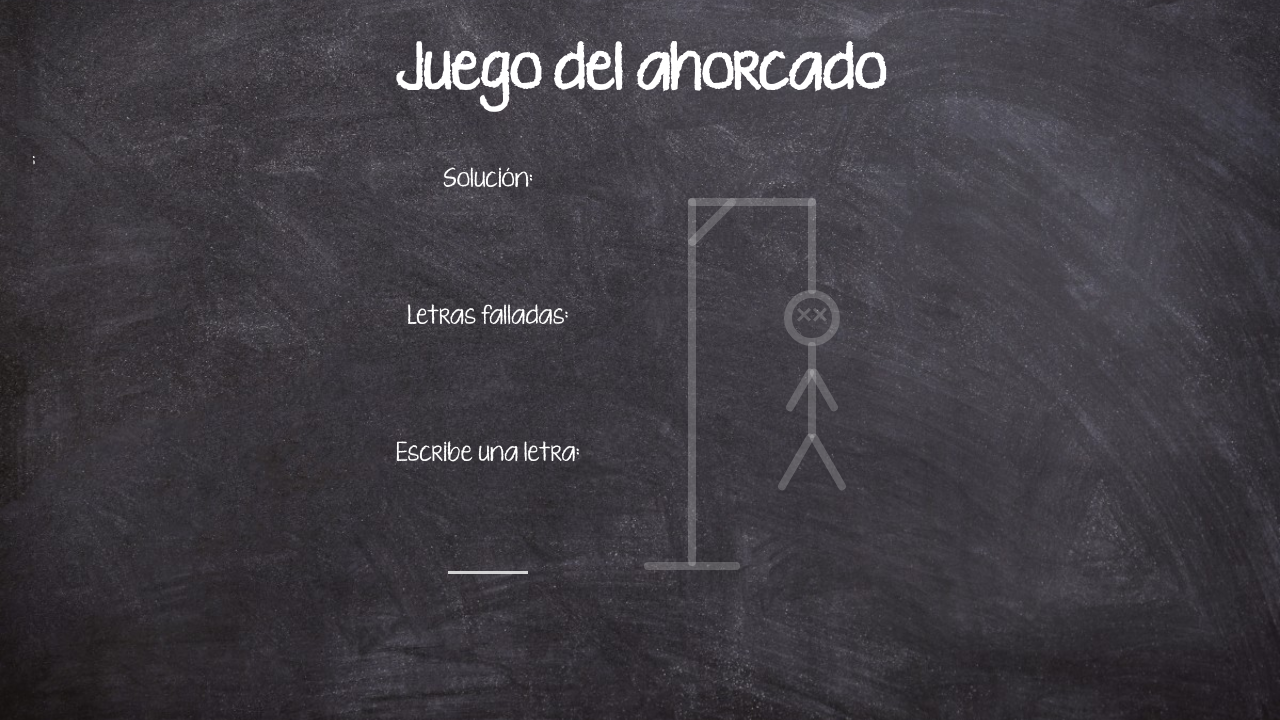
Repository: Adalab/promo-S-module-3-pair-16-sprint-2-hangman-game
Page: /
An editor plug-in stored every save of this project. The page is shown before and after the next save, followed by the edit.
The browser window is 1280 px wide. The pictures show the whole page.
The page's requests for data from a server got no answer. The project was rebuilt for these pictures with package versions that can differ from the ones it lists, and the page was loaded fresh each time. No one was signed in, and anything a server would have sent is missing.

Above is the page before, as saved 2023-03-15 11:06:33.

### public/index.html
<!DOCTYPE html>
<html lang="es">
  <head>
    <meta charset="utf-8" />
    <link rel="icon" href="%PUBLIC_URL%/favicon.ico" />
    <meta name="viewport" content="width=device-width, initial-scale=1" />
    <title>Juego del ahorcado</title>
  </head>
  <body>
    <noscript>You need to enable JavaScript to run this app.</noscript>
    <div id="root"></div>
  </body>
</html>

### src/index.js
import React from 'react';
import ReactDOM from 'react-dom/client';
import App from './components/App';

const root = ReactDOM.createRoot(document.getElementById('root'));
root.render(
  <App />
);

### src/components/App.js
import { useEffect, useState } from "react";

// api
import getWordFromApi from "../services/api";
// styles
import "../styles/App.scss";
import "../styles/Dummy.scss";

import "../styles/Form.scss";
import "../styles/Header.scss";
import Header from "./Header.js";
import Dummy from "./Dummy.js";
import SolutionLetters from "./SolutionLetters.js";
import ErrorLetters from "./ErrorLetters";

function App() {
  const [word, setWord] = useState("");
  const [userLetters, setUserLetters] = useState([]);
  const [lastLetter, setLastLetter] = useState("");

  useEffect(() => {
    getWordFromApi().then((word) => {
      setWord(word);
    });
  }, []);

  // events

  const handleKeyDown = (ev) => {
    // Sabrías decir para qué es esta línea
    ev.target.setSelectionRange(0, 1);
  };

  const handleChange = (ev) => {
    let re = /^[a-zA-ZñÑá-úÁ-Ú´]$/; //add regular pattern
    if (re.test(ev.target.value) || ev.target.value === "") {
      handleLastLetter(ev.target.value);
    }
  };

  const handleSubmit = (ev) => {
    ev.preventDefault();
  };

  const getNumberOfErrors = () => {
    const errorLetters = userLetters.filter(
      (letter) => word.includes(letter) === false
    );
    return errorLetters.length;
  };





  const handleLastLetter = (value) => {
    value = value.toLocaleLowerCase();
    setLastLetter(value);

    if (!userLetters.includes(value)) {
      userLetters.push(value);
      setUserLetters([...userLetters]);
    }
  };

  const number = getNumberOfErrors();

  return (
    <div className="page">
      <Header />
      <main className="main">
        <section>
          <SolutionLetters word={word} userLetters={userLetters}/>
         <ErrorLetters word={word} userLetters={userLetters}/>
          <form className="form" onSubmit={handleSubmit}>
            <label className="title" htmlFor="last-letter">
              Escribe una letra:
            </label>
            <input
              autoFocus
              autoComplete="off"
              className="form__input"
              maxLength="1"
              type="text"
              name="last-letter"
              id="last-letter"
              value={lastLetter}
              onKeyDown={handleKeyDown}
              onChange={handleChange}
            />
          </form>
        </section>
        <Dummy numberOfErrors={getNumberOfErrors()} />
      </main>
    </div>
  );
}

export default App;

### src/services/api.js
const getWordFromApi = () => {
  return fetch('https://dev.adalab.es/api/random/word')
    .then((response) => response.json())
    .then((response) => {
      return response.word;
    });
};

export default getWordFromApi;

### src/styles/App.scss
// RESET

@font-face {
  font-family: 'KgTenThousandReasons';
  src: url('./KgTenThousandReasons-R1ll.ttf') format('truetype');
}

* {
  font-family: 'KgTenThousandReasons', sans-serif;
  margin: 0;
  padding: 0;
  box-sizing: border-box;
  font-weight: normal;
  color: white;
}

// COMMON STYLES

.title {
  display: block;
  font-size: 1.25rem;
  line-height: 1;
  text-align: center;
}

// PAGE

.page {
  padding: 2rem;
  width: 100%;
  min-height: 100vh;
  background-image: url('../images/blackboard.jpg');
  background-size: cover;
  background-position: center center;
}

// MAIN

.main {
  display: flex;
  justify-content: center;
}

### src/styles/Dummy.scss
$dummyEnabledColor: white;
$dummyDisabledColor: rgba(255, 255, 255, 0.2);
$dummyTransitionTime: 1s;

.dummy {
  margin-left: 4rem;
  position: relative;
  min-width: 15rem;
  height: 25rem;

  .line {
    position: absolute;
    display: block;
    height: 0.5rem;
    background-color: $dummyDisabledColor;
    border-radius: 0.25rem;
    transition: background-color $dummyTransitionTime ease;
  }

  .head {
    position: absolute;
    display: block;
    width: 3.5rem;
    height: 3.5rem;
    border: 0.5rem solid $dummyDisabledColor;
    border-radius: 50%;
    transition: border $dummyTransitionTime ease;
  }

  .eye {
    position: absolute;
    font-size: 1.75rem;
    font-weight: bold;
    color: $dummyDisabledColor;
    transition: color $dummyTransitionTime ease;
    &::before {
      content: "×";
    }
  }

  .error-1 {
    width: 6rem;
    left: 0;
    bottom: 0;
  }

  .error-2 {
    transform: rotate(90deg);
    width: 23rem;
    top: 13rem;
    left: -8.5rem;
  }

  .error-3 {
    width: 8rem;
    top: 1.75rem;
    left: 2.75rem;
  }

  .error-4 {
    transform: rotate(135deg);
    width: 4rem;
    top: 3rem;
    left: 2.25rem;
  }

  .error-5 {
    transform: rotate(90deg);
    width: 6rem;
    top: 4.5rem;
    left: 7.5rem;
  }

  .error-6 {
    top: 7.5rem;
    left: 8.75rem;
  }

  .error-7 {
    transform: rotate(90deg);
    width: 6rem;
    top: 13.5rem;
    left: 7.5rem;
  }

  .error-8 {
    transform: rotate(60deg);
    width: 3rem;
    top: 13.5rem;
    left: 9.75rem;
  }

  .error-9 {
    transform: rotate(120deg);
    width: 3rem;
    top: 13.5rem;
    left: 8.25rem;
  }

  .error-10 {
    transform: rotate(60deg);
    width: 4rem;
    top: 18rem;
    left: 9.5rem;
  }

  .error-11 {
    transform: rotate(120deg);
    width: 4rem;
    top: 18rem;
    left: 7.5rem;
  }

  .error-12 {
    top: 7.5rem;
    left: 9.5rem;
  }

  .error-13 {
    top: 7.5rem;
    left: 10.5rem;
  }

  // https://sass-lang.com/documentation/at-rules/control/for
  @for $e from 1 through 13 {
    @for $s from 1 through $e {
      &.error-#{$e} {
        .error-#{$s}.line {
          background-color: $dummyEnabledColor;
        }
        .error-#{$s}.head {
          border-color: $dummyEnabledColor;
        }
        .error-#{$s}.eye {
          color: $dummyEnabledColor;
        }
      }
    }
  }
}

### src/styles/Form.scss
.form {
  margin-bottom: 1rem;
  text-align: center;

  &__input {
    background-color: transparent;
    border: none;
    border-bottom: 3px solid white;
    text-align: center;
    font-size: 4rem;
    outline: none;
    animation-name: borderBottomInput;
    animation-duration: 2s;
    animation-iteration-count: infinite;

    &[maxLength='1'] {
      width: 5rem;
    }

    &[maxLength='15'] {
      width: 25rem;
    }

    &::selection {
      background-color: rgba(255, 255, 255, 0.25);
    }
  }
}

@keyframes borderBottomInput {
  from {
    border-bottom-color: white;
  }
  50% {
    border-bottom-color: transparent;
  }
  to {
    border-bottom-color: white;
  }
}

### src/styles/Header.scss
.header__title {
  padding-bottom: 2rem;
  font-size: 3rem;
  font-weight: bold;
  text-align: center;
}

### src/components/Header.js
const Header = () => {
  return (
    <header>
      <h1 className="header__title">Juego del ahorcado</h1>;
    </header>
  );
};

export default Header;

### src/components/Dummy.js
const Dummy = ({ numberOfErrors }) => {
  return (
    <section className={`dummy error-${numberOfErrors}`}>
      <span className="error-13 eye"></span>
      <span className="error-12 eye"></span>
      <span className="error-11 line"></span>
      <span className="error-10 line"></span>
      <span className="error-9  line"></span>
      <span className="error-8  line"></span>
      <span className="error-7  line"></span>
      <span className="error-6  head"></span>
      <span className="error-5  line"></span>
      <span className="error-4  line"></span>
      <span className="error-3  line"></span>
      <span className="error-2  line"></span>
      <span className="error-1  line"></span>
    </section>
  );
};

export default Dummy;

### src/components/SolutionLetters.js
import "../styles/Letters.scss";

const SolutionLetters = ({ word, userLetters }) => {
  const renderSolutionLetters = () => {
    const wordLetters = word.split("");
    return wordLetters.map((letter, index) => {
      const exists = userLetters.includes(letter.toLocaleLowerCase());
      return (
        <li key={index} className="letter">
          {exists ? letter : ""}
        </li>
      );
    });
  };
  return (
    <div className="solution">
      <h2 className="title">Solución:</h2>
      <ul className="letters">{renderSolutionLetters()}</ul>
    </div>
  );
};

export default SolutionLetters;

### src/components/ErrorLetters.js
import "../styles/Letters.scss";

const ErrorLetters = ({word, userLetters}) => {
    const renderErrorLetters = () => {
    const errorLetters = userLetters.filter(
      (letter) =>
        word.toLocaleLowerCase().includes(letter.toLocaleLowerCase()) === false
    );
    return errorLetters.map((letter, index) => {
      return (
        <li key={index} className="letter">
          {letter}
        </li>
      );
    });
  };
    return (
        <div className="error">
        <h2 className="title">Letras falladas:</h2>
        <ul className="letters">{renderErrorLetters()}</ul>
      </div>
    )
}
export default ErrorLetters;

### src/styles/Letters.scss
.solution,
.error {
  margin-bottom: 3.75rem;
}

.letters {
  display: flex;
  flex-wrap: wrap;
  justify-content: center;
  list-style: none;
  min-height: 3.5625rem;

  .letter {
    margin: 0 0.25rem;
    min-width: 1.5rem;
    font-size: 2rem;
    border-bottom: 3px solid white;
    text-align: center;
  }
}

After the next save:
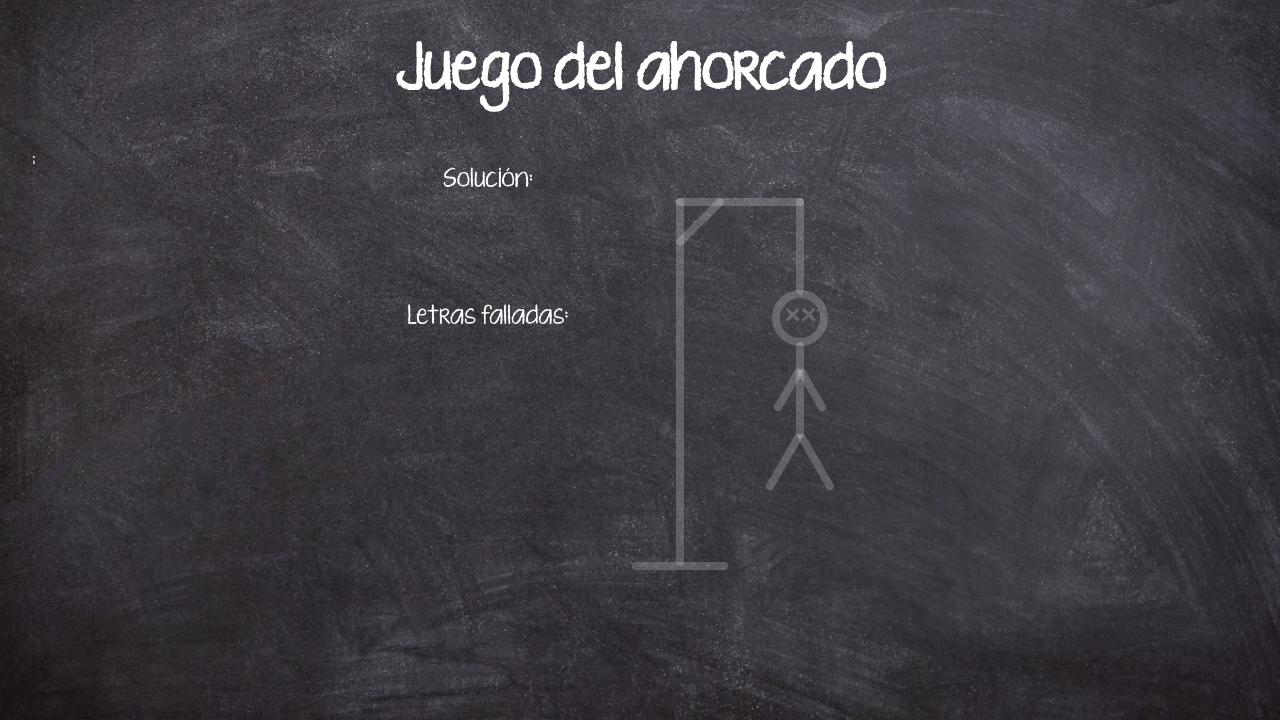
Saved 27 s later.
--- a/src/components/App.js
+++ b/src/components/App.js
@@ -72,23 +72,7 @@ function App() {
         <section>
           <SolutionLetters word={word} userLetters={userLetters}/>
          <ErrorLetters word={word} userLetters={userLetters}/>
-          <form className="form" onSubmit={handleSubmit}>
-            <label className="title" htmlFor="last-letter">
-              Escribe una letra:
-            </label>
-            <input
-              autoFocus
-              autoComplete="off"
-              className="form__input"
-              maxLength="1"
-              type="text"
-              name="last-letter"
-              id="last-letter"
-              value={lastLetter}
-              onKeyDown={handleKeyDown}
-              onChange={handleChange}
-            />
-          </form>
+
         </section>
         <Dummy numberOfErrors={getNumberOfErrors()} />
       </main>
